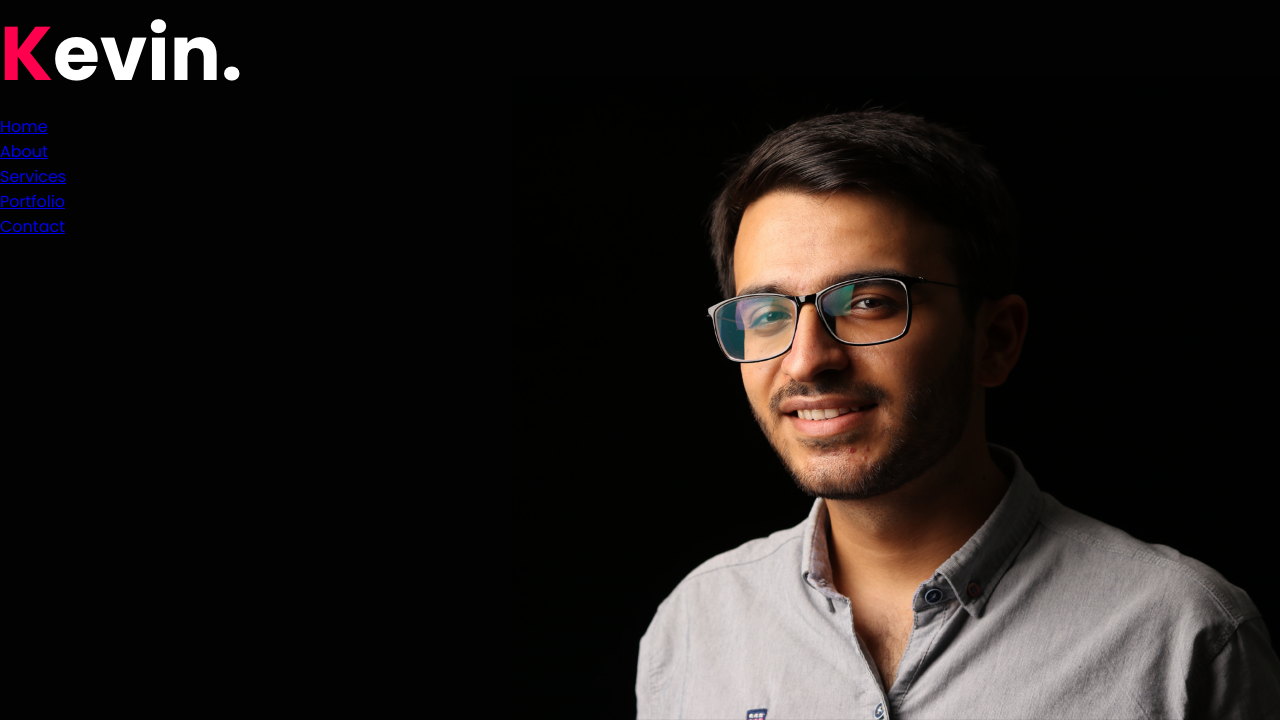
Repository: bryanbraide/Profile-card
Page: index.html
These files come from the project's save history. The page is drawn as it stood at one moment and after a run of saves; the edit follows.
The browser window is 1280 px wide. The pictures show the whole page.

Above is the page before, as saved 2025-06-09 11:50:18.

After the next 4 saves:
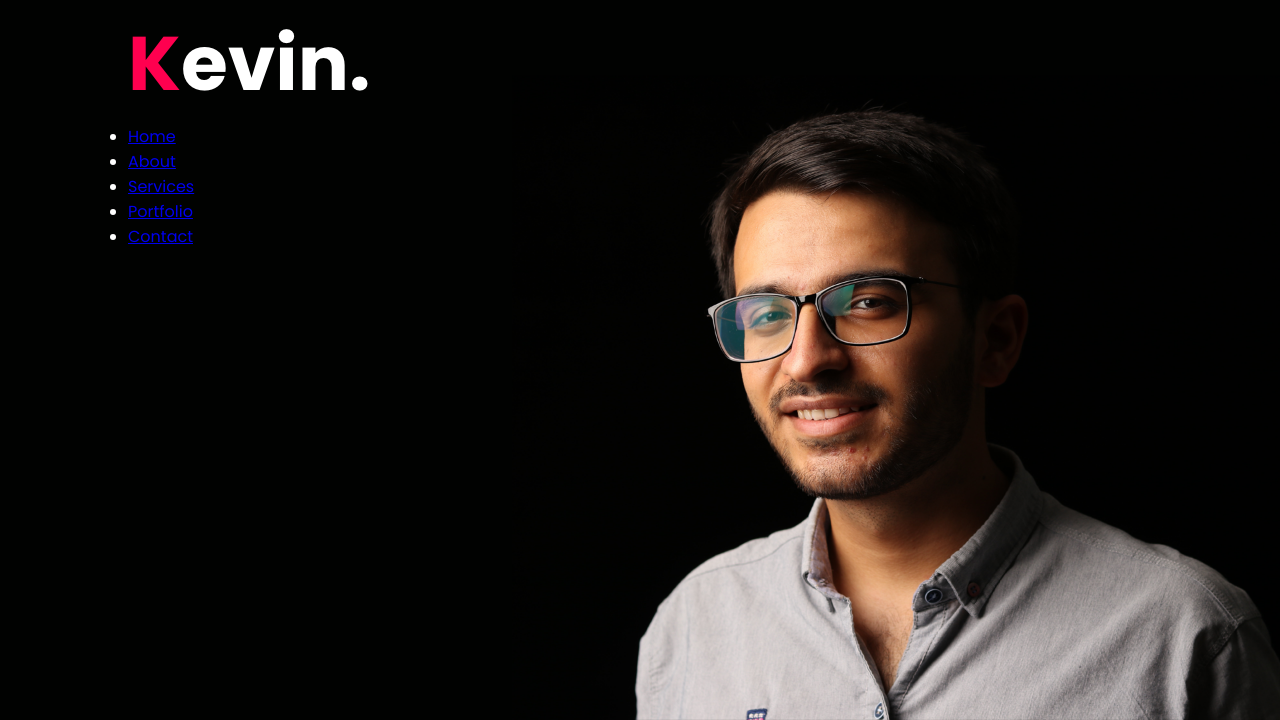
The 4 saves are shown as one change because they came seconds apart.
The last was saved 20 s later.
--- a/style.css
+++ b/style.css
@@ -16,5 +16,5 @@
   background-position: center;
 }
 .container{
-  padding: 10;
+  padding: 10px 10%;
 }
